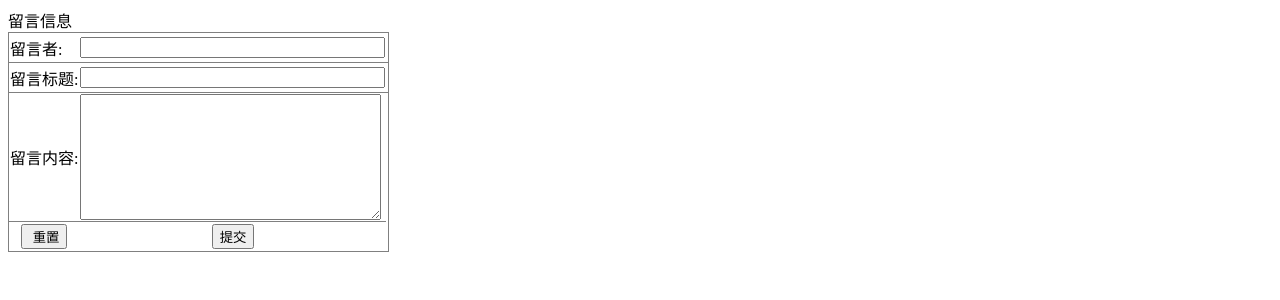
Repository: wikelgc/JSP
Page: http://localhost/HTML5_from/
An editor plug-in stored every save of this project. The page is shown before and after the next save, followed by the edit.
The browser window is 1280 px wide. The pictures show the whole page.
The page is served by Tomcat 9.

Above is the page before, as saved 2015-06-02 08:21:45.

### HTML5_from/WebRoot/index.jsp
<%@page  contentType="text/html; charset=utf-8"  %>

<!DOCTYPE HTML PUBLIC "-//W3C//DTD HTML 4.01 Transitional//EN">
<html>
  <head>
	  留言信息
  </head>

  <body>
    <from action = "addWord.jsp" method = "post">
    	<table border = "1" rules = "rows">
    		<tr height = "30">
	    		<td>留言者:</td><td><input type="text" name="author" size="35"><td><tr>
	    	<tr height = "30">
	    		<td>留言标题:</td><td><input type = "text" name = "title" size="35" ><td><tr>
	    	<tr>
	    		<td>留言内容:</td><td><textarea name = "content" rows= "8" cols = "35" ></textarea></td></tr>
	    	<tr align = "center" height = "30">
	    	  	<td><input type = "reset" value=" 重置"></td>
	    	  	<td><input type = "submit" value = "提交"></td>
	    	</tr>
    	</table>
    </from>
  </body>
</html>

After the next save:
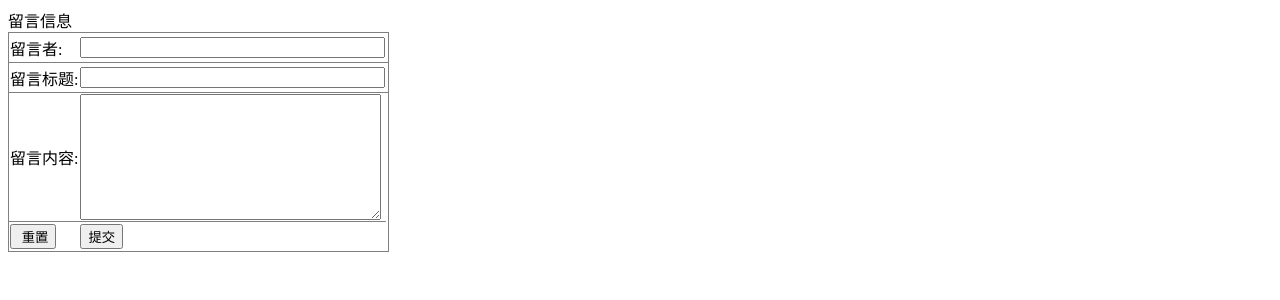
Saved 34 s later.
--- a/HTML5_from/WebRoot/index.jsp
+++ b/HTML5_from/WebRoot/index.jsp
@@ -15,7 +15,7 @@
 	    		<td>留言标题:</td><td><input type = "text" name = "title" size="35" ><td><tr>
 	    	<tr>
 	    		<td>留言内容:</td><td><textarea name = "content" rows= "8" cols = "35" ></textarea></td></tr>
-	    	<tr align = "center" height = "30">
+	    	<tr height = "30">
 	    	  	<td><input type = "reset" value=" 重置"></td>
 	    	  	<td><input type = "submit" value = "提交"></td>
 	    	</tr>
